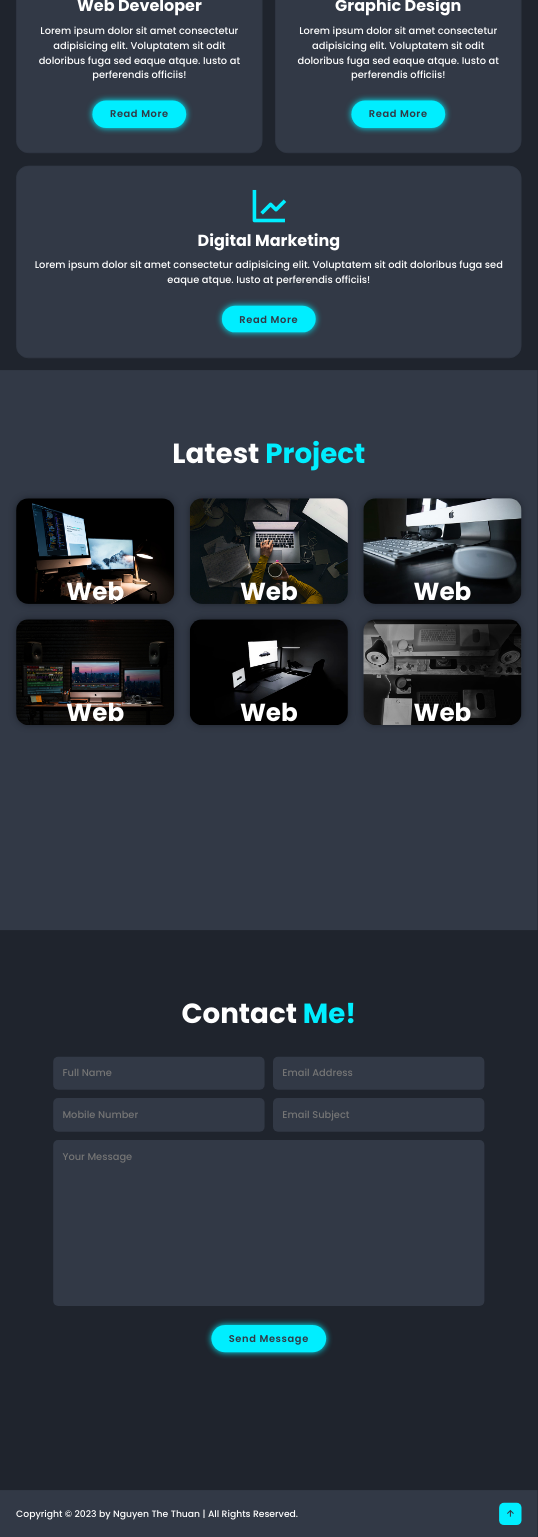
Repository: nguyenthethuan2004/portfolio
Page: index.html
The author's editor kept a copy of each file at every save. The page is drawn from the files as they stood at one save, then again after a run of saves.
The browser window is 768 px wide. The pictures show the part of the page from y = 2214 to 4454 px (the page is 4410 px tall before and 4454 px after), at 70% of full size.

Above is the page before, as saved 2023-10-03 19:18:22.
Console error: ReferenceError: navbar is not defined

After the next 2 saves:
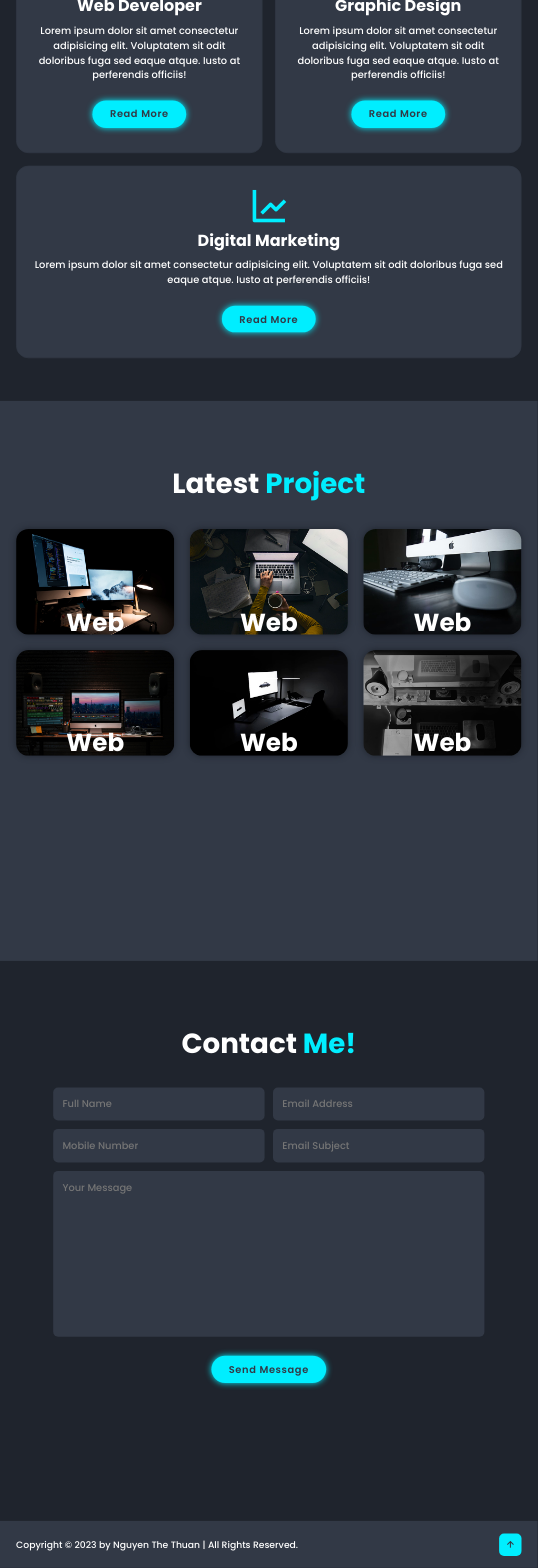
The 2 saves are shown as one change because they came seconds apart.
The last was saved 7 s later.
--- a/css/style.css
+++ b/css/style.css
@@ -388,7 +388,7 @@ span {
     }
 
     .services {
-
+        padding-bottom: 7rem;
     }
 
     .footer {
